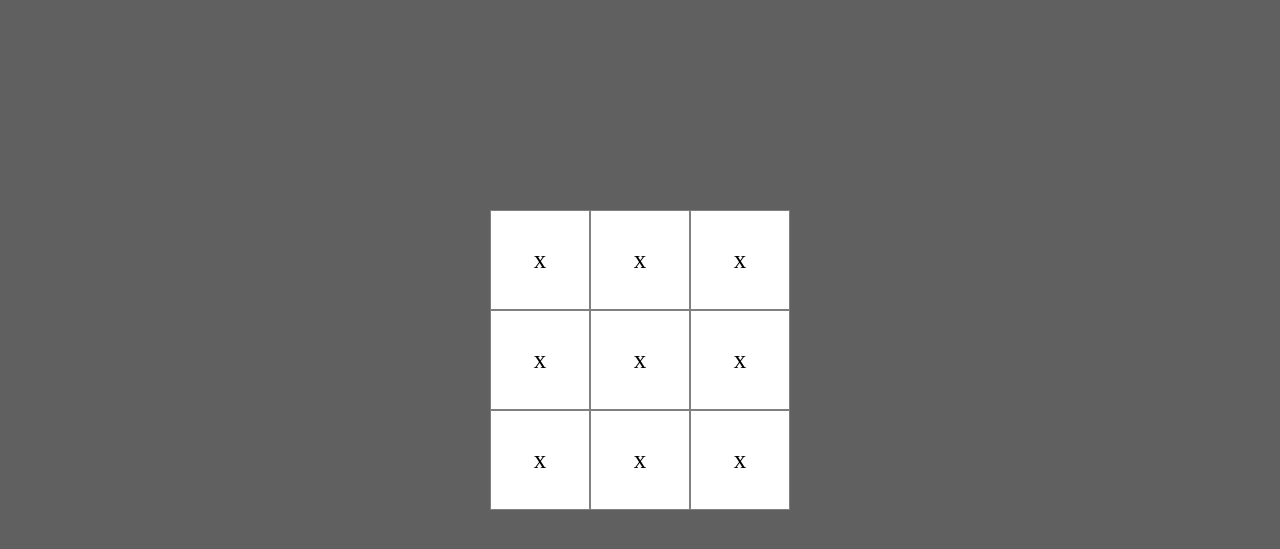
Repository: Minkeani/TIC-TAC_TOE
Page: /
These files come from the project's save history. The page is drawn as it stood at one moment and after the next save; the edit follows.
The browser window is 1280 px wide. The pictures show the whole page.
Some web fonts or font styles are not loaded; a fallback is used. The project was rebuilt for these pictures with package versions that can differ from the ones it lists, and the page was loaded fresh each time.

Above is the page before, as saved 2022-05-22 13:19:17.

### public/index.html
<!DOCTYPE html>
<html lang="en">
  <head>
    <meta charset="utf-8" />
    <link rel="icon" href="%PUBLIC_URL%/favicon.ico" />
    <meta name="viewport" content="width=device-width, initial-scale=1" />
    <title>React App</title>
    <link rel="preconnect" href="https://fonts.googleapis.com">
<link rel="preconnect" href="https://fonts.gstatic.com" crossorigin>
<link href="https://fonts.googleapis.com/css2?family=Koulen&display=swap" rel="stylesheet">
  </head>
  <body>
    <div id="root"></div>
  </body>
</html>

### src/index.css
* {
  font-family: 'Koulen', cursive;
  margin: 0;
  padding: 0;
  box-sizing: border-box
}

### src/App.js
import './App.css';
import Game from './components/Game';

function App() {
  return (
    <div className="App">
     <Game/>
    </div>
  );
}

export default App;

### src/components/Game.jsx
import React, { useState } from 'react'
import './Game.css'
import { calWin } from '../helper'
import Board from './Board'

export default function Game() {

    const [board, setBoard] = useState(Array(9).fill(null))

    const [xIs, setXIs] = useState(true)

    const winner = calWin(board)

    const HandleClick = (index) => {
        const BoardCopy = [...board]

        if(winner || BoardCopy[index]) return

        BoardCopy[index] === xIs ? 'X' : 'O'

        setBoard(BoardCopy)
        setXIs(!xIs)
    }

  return (
    <div className='wrapper'>
      <Board
      squares={board}
      click={HandleClick}
      />
    </div>
  )
}

### src/components/Game.css
.wrapper {
    min-height: 100vh;
    width: 100%;
    background: #606060;
    display: flex;
    align-items: center;
    justify-content: center;
    flex-direction: column
}

### src/helper.js
export function calWin(sq) {
    const lin = [
        [0, 1, 3],
        [3, 4, 5],
        [6, 7, 8],
        [0, 3, 6],
        [1, 4, 7],
        [2, 5, 8],
        [0, 4, 8],
        [2, 4, 6],
    ]

    for(let i = 0; i < lin.length; i++) {
        const [a, b, c] = lin[i]
        if(sq[a] && sq[a] === sq[b] && sq[a] === sq[c]) {
            return sq[a]
        }
    }
    return null
}

### src/components/Board.jsx
import React from 'react'
import './Board.css'
import Square from './Square'

export default function Board({squares, click}) {
  return (
    <div className='board'>
      <Square/>
      <Square/>
      <Square/>
      <Square/>
      <Square/>
      <Square/>
      <Square/>
      <Square/>
      <Square/>
    </div>
  )
}

### src/components/Board.css
.board {
    width: 300px;
    height: 300px;
    background-color: red;
    display: flex;
    flex-wrap: wrap
}

### src/components/Square.jsx
import React from 'react'
import './Square.css'

export default function Square() {
  return (
    <button className='square'>
      x
    </button>
  )
}

### src/components/Square.css
.square {
    width: 100px;
    height: 100px;
    background: white;
    border: 1px solid gray;
    cursor: pointer;
    outline: none;
    align-items: center;
    font-size: 25px;
    justify-content: center;
    display: flex
}

Loaded but not shown: src/index.js (common file); src/App.css (common file)

After the next save:
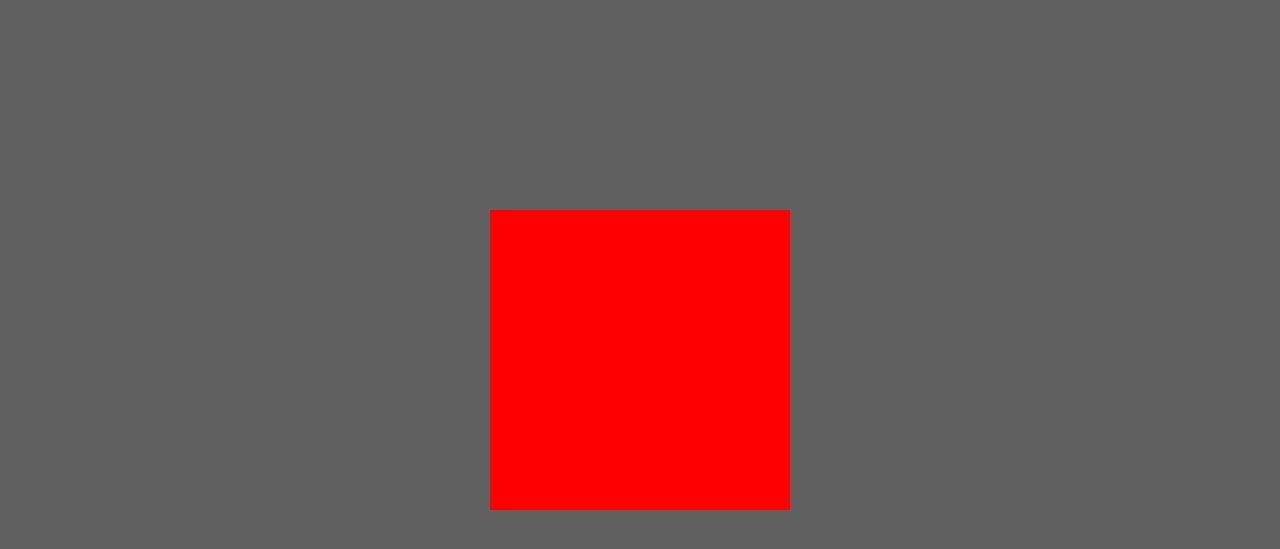
Saved 68 s later.
--- a/src/components/Board.jsx
+++ b/src/components/Board.jsx
@@ -5,15 +5,11 @@ import Square from './Square'
 export default function Board({squares, click}) {
   return (
     <div className='board'>
-      <Square/>
-      <Square/>
-      <Square/>
-      <Square/>
-      <Square/>
-      <Square/>
-      <Square/>
-      <Square/>
-      <Square/>
+      {
+          squares.map((square, index) => {
+              <Square key={square}/>
+          })
+      }
     </div>
   )
 }
